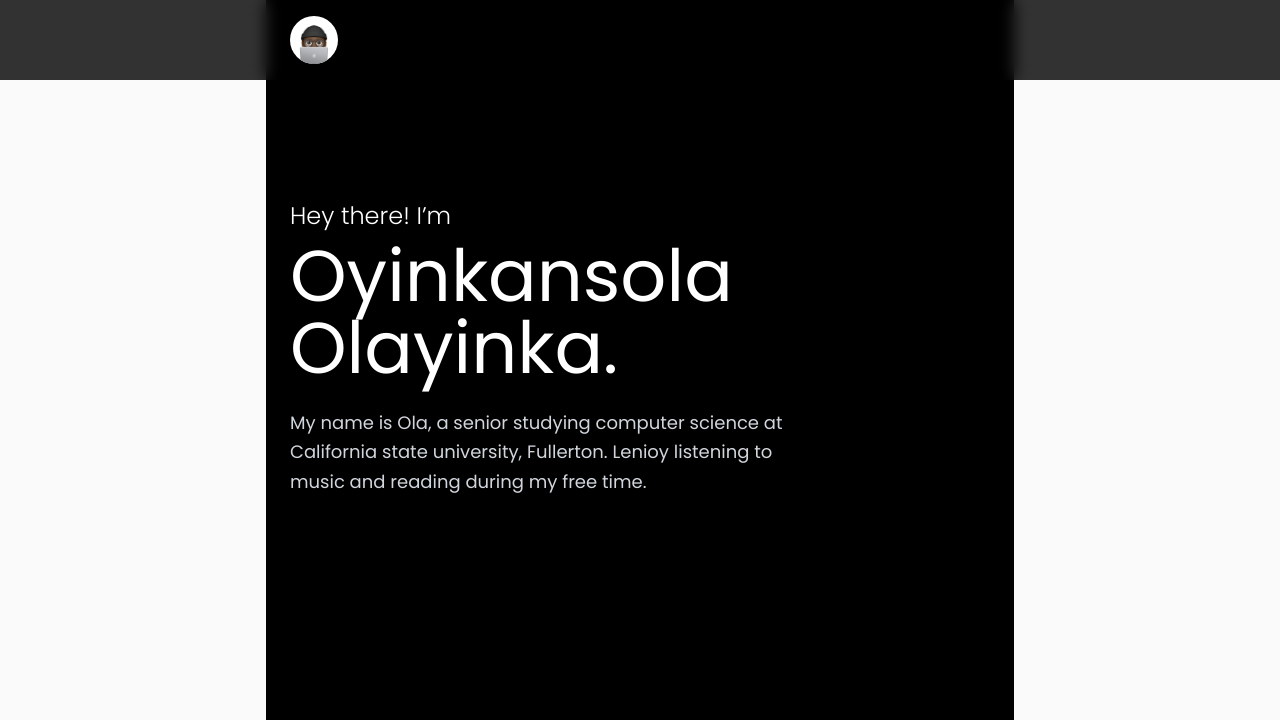
Repository: olasores/olasores-portfolio
Page: /
An editor plug-in stored every save of this project. The page is shown before and after the next save, followed by the edit.
The browser window is 1280 px wide. The pictures show the whole page.
The project was rebuilt for these pictures with package versions that can differ from the ones it lists, and the page was loaded fresh each time. The framework's server and built-in components were replaced by stand-ins that run in the browser. Also part of the build but not shown: next.config.ts.

Above is the page before, as saved 2025-11-11 12:51:10.

### app/layout.tsx
import type { Metadata } from "next";
import { Poppins } from "next/font/google";
import "./globals.css";
import Navbar from "./components/Navbar";

const poppins = Poppins({
  variable: "--font-poppins",
  weight: ["300", "400", "500", "600", "700"],
  subsets: ["latin"],
});

export const metadata: Metadata = {
  title: "Create Next App",
  description: "Generated by create next app",
};

export default function RootLayout({
  children,
}: Readonly<{
  children: React.ReactNode;
}>) {
  return (
    <html lang="en">
      <body
        className={`${poppins.variable} antialiased`}
      >
        <Navbar />
        {children}
      </body>
    </html>
  );
}

### app/page.tsx
import Image from "next/image";
import HomeSection from "./components/HomeSection";
import Portfolio from "./components/Portfolio";

export default function Home() {
  return (

    <div className="flex min-h-screen items-center justify-center bg-zinc-50 font-sans dark:bg-black">
      <HomeSection />
      <Portfolio />
    </div>
  );
}

### app/globals.css
@import "tailwindcss";

* {
  font-family: 'Poppins', sans-serif;
}

:root {
  --background: #ffffff;
  --foreground: #171717;
}

@media (prefers-color-scheme: dark) {
  :root {
    --background: #0a0a0a;
    --foreground: #ededed;
  }
}

body {
  background: var(--background);
  color: var(--foreground);
}

### app/components/Navbar.tsx
export default function Navbar() {
    return (
        <nav className="fixed top-0 left-0 right-0 bg-black/80 backdrop-blur-sm px-6 py-4 z-50 flex justify-center">
            <div className="max-w-[700px] w-full flex items-center justify-between">
                {/* Logo */}
                <div className="relative w-12 h-12 rounded-full bg-white overflow-hidden flex items-center justify-center">
                    <img
                        src="/assets/olaimg2.webp"
                        alt="Oyinkansola Olayinka Logo"
                        className="w-full h-full object-cover"
                    />
                </div>

                {/* Links */}
                {/* <div className="flex gap-8 text-white">
                    <a href="#" className="hover:text-gray-400 transition">
                        Github ↗
                    </a>
                    <a href="#" className="hover:text-gray-400 transition">
                        linkedin ↗
                    </a>
                    <a href="#" className="hover:text-gray-400 transition">
                        Resume ↗
                    </a>
                </div> */}
            </div>
        </nav>
    );
}

### app/components/HomeSection.tsx


export default function HomeSection() {
    return (
        <div className="flex min-h-screen justify-center bg-black font-sans dark:bg-black px-6 py-5 pt-50">
            <div className="max-w-[700px] w-full flex flex-col gap-12">
                {/* Text content */}
                <div className="flex flex-col gap-6 items-center md:items-start">
                    <div>
                        <h2 className="text-xl md:text-2xl font-light text-white mb-2">
                            Hey there! I&rsquo;m
                        </h2>
                        <h1 className="text-5xl md:text-7xl  text-white">
                            Oyinkansola Olayinka.
                        </h1>
                    </div>

                    <p className="text-base md:text-lg text-gray-300 leading-relaxed max-w-lg">
                        My name is Ola, a senior studying computer science at California state university, Fullerton. Lenioy listening to music and reading during my free time.
                    </p>

                    {/* Links */}
                    {/* <div className="flex gap-6 text-lg md:text-xl text-white">
                        <a href="#" className="hover:text-gray-400 transition">
                            Github ↗
                        </a>
                        <a href="#" className="hover:text-gray-400 transition">
                            linkedin ↗
                        </a>
                        <a href="#" className="hover:text-gray-400 transition">
                            Resume ↗
                        </a>
                    </div> */}
                </div>
            </div>
        </div>
    );
}

### app/components/Portfolio.tsx
export default function Portfolio() {
    return (
        <div>

        </div>

    );
}

After the next save:
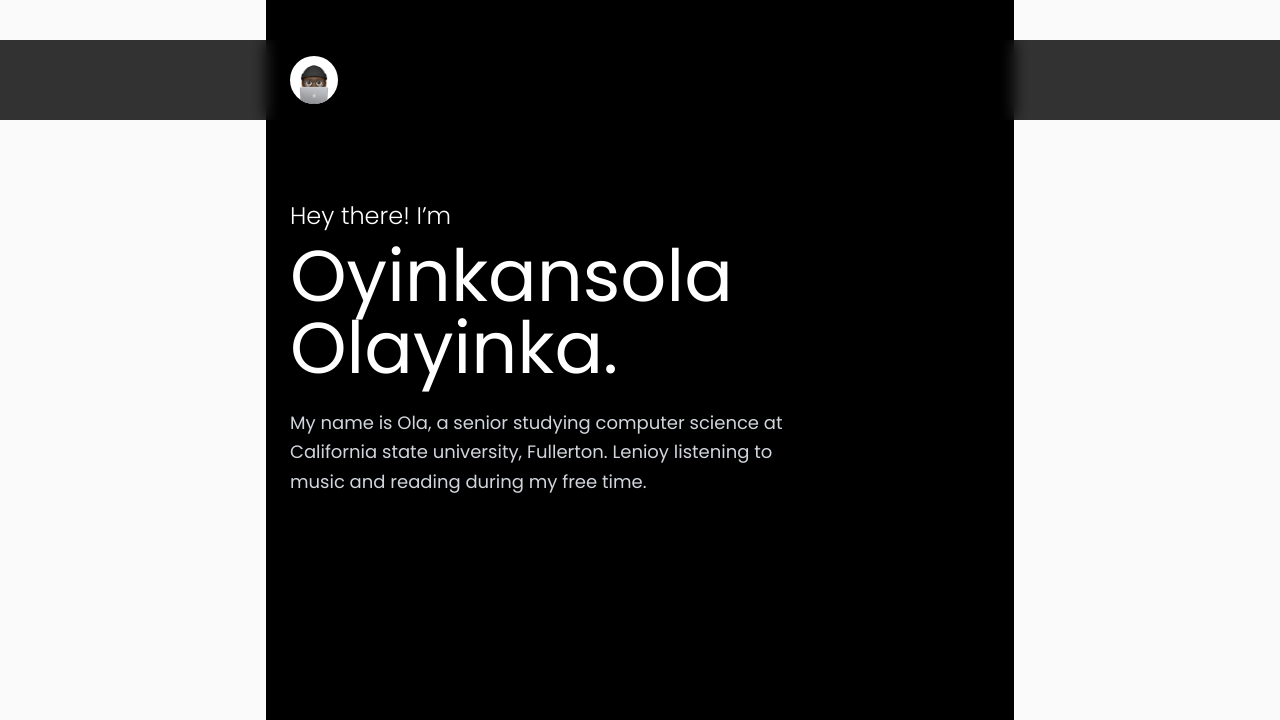
Saved 25 s later.
--- a/app/components/Navbar.tsx
+++ b/app/components/Navbar.tsx
@@ -1,6 +1,6 @@
 export default function Navbar() {
     return (
-        <nav className="fixed top-0 left-0 right-0 bg-black/80 backdrop-blur-sm px-6 py-4 z-50 flex justify-center">
+        <nav className="fixed top-10 left-0 right-0 bg-black/80 backdrop-blur-sm px-6 py-4 z-50 flex justify-center">
             <div className="max-w-[700px] w-full flex items-center justify-between">
                 {/* Logo */}
                 <div className="relative w-12 h-12 rounded-full bg-white overflow-hidden flex items-center justify-center">
